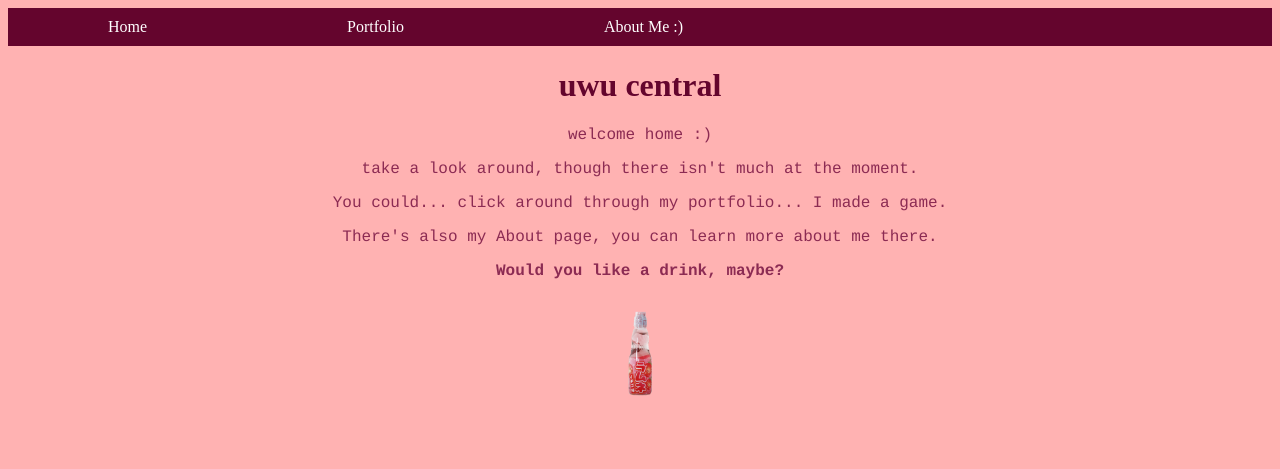
Repository: ycano1934/ycano1934.github.io
Page: my_website/index.html
The author's editor kept a record of every edit. The page is drawn from the files as they stood at one moment, then again after the next edit.
The browser window is 1280 px wide. The pictures show the whole page.

Above is the page before.

### my_website/index.html
<!doctype html>
<html lang="en">


  <head>
    <meta charset="utf-8">
    <meta name="viewport" content="width=device-width, initial-scale=1.0">
    <title>Home</title>



  <style>
#header {
  font-family:comic sans ms;
  color:rgb(100, 5, 45);
}
 body {background-color:rgb(255, 178, 178);
 }

 #paragraphlook {
    font-family:courier;
    color:rgb(140, 43, 83);
}


ul {
  list-style-type: none;
  margin: 0;
  padding: 0;
  overflow: hidden;
  background-color: rgb(100, 5, 45);
}

li {
  float: left;
}

li a {
  display: inline-block;
  color: white; /* text color */
  font-family:comic sans ms;
  text-align: center;
  padding: 10px 100px;
  text-decoration: none;
  background-color: rgb(100, 5, 45)
}

li a:hover {
  background-color: rgb(155, 51, 93);
}

img {
  display: block;
  margin-left: auto;
  margin-right: auto;
}


  </style>
  </head>


  <body>

    <ul>
    <li><a href="index.html">Home</a></li>
    <li><a href="portfolio.html">Portfolio</a></li>
    <li><a href="about.html">About Me :)</a></li>
    </ul>

    <h1 id="header" style="text-align:center;">uwu central</h1>
    <p id="paragraphlook" style="text-align:center;">welcome home :)</p>
    <p id="paragraphlook" style="text-align:center;">take a look around, though there isn't much at the moment.</p>
    <p id="paragraphlook" style="text-align:center;">You could... click around through my portfolio... I made a game.</p>
    <p id="paragraphlook" style="text-align:center;">There's also my About page, you can learn more about me there.</p>
    <p id="paragraphlook" style="text-align:center;"><strong>Would you like a drink, maybe?</strong></p>
   <a href="secretone.html">
     <img src="images/pink ramune.png" alt="r a m u n e" style="width:85px;height:85px;padding:15px 15px">
   </a>



  </body>


</html>

After the next edit:
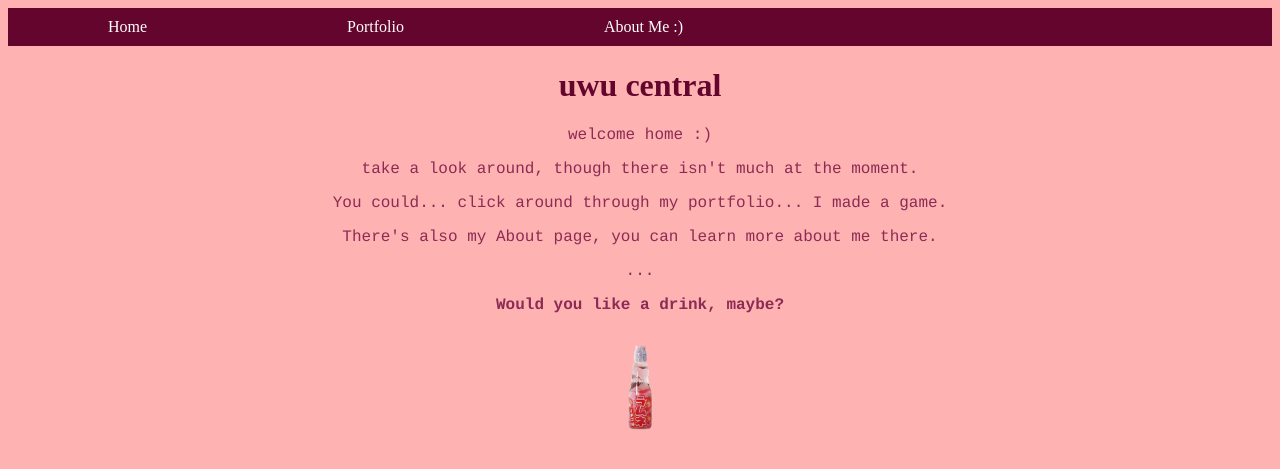
The edit:
--- a/my_website/index.html
+++ b/my_website/index.html
@@ -73,6 +73,7 @@
     <p id="paragraphlook" style="text-align:center;">take a look around, though there isn't much at the moment.</p>
     <p id="paragraphlook" style="text-align:center;">You could... click around through my portfolio... I made a game.</p>
     <p id="paragraphlook" style="text-align:center;">There's also my About page, you can learn more about me there.</p>
+    <p id="paragraphlook" style="text-align:center;">...</p>
     <p id="paragraphlook" style="text-align:center;"><strong>Would you like a drink, maybe?</strong></p>
    <a href="secretone.html">
      <img src="images/pink ramune.png" alt="r a m u n e" style="width:85px;height:85px;padding:15px 15px">
